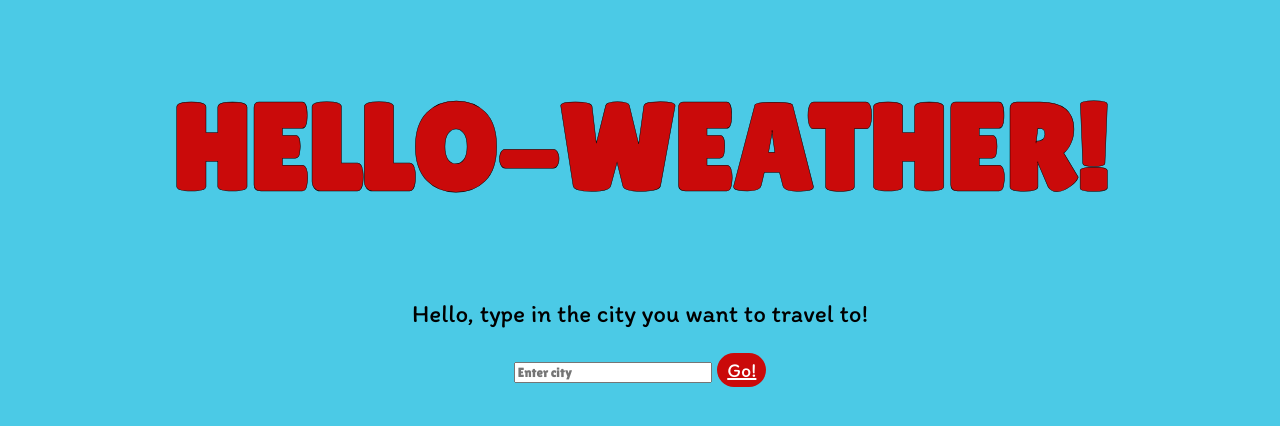
Repository: Jazinha/Hello-kitty-weather
Page: index.html
These files come from the project's save history. The page is drawn as it stood at one moment and after the next save; the edit follows.
The browser window is 1280 px wide. The pictures show the whole page.
The pointer rests on the first visible `.btn`.

Above is the page before, as saved 2023-02-04 16:18:48.

### index.html
<!DOCTYPE html>
<html>
    <head>
        <title>Hello-Weather!</title>
        <meta charset="utf-8">
        <link rel="stylesheet" href="style.css">
        <link rel="preconnect" href="https://fonts.googleapis.com">
<link rel="preconnect" href="https://fonts.gstatic.com" crossorigin>
<link href="https://fonts.googleapis.com/css2?family=Itim&family=Lilita+One&display=swap" rel="stylesheet">
    </head>
    <body>
        <div class="container">
            <div id="home" class="flex-column flex-center"></div>
            <h1>HELLO-WEATHER!</h1>
            <p>Hello, type in the city you want to travel to!</p>
            <input id="initial" type="text" placeholder="Enter city">
            <a href="forecast.html" class="btn">Go! </a></div>
        </div>
        <i class="fa-regular fa-cloud"></i>
    </body>
</html>

### style.css
body {
    background-color: rgb(75, 202, 230);
    font-size: 25px;
    font-family: 'Itim', cursive;;
}

.container {
    text-align: center;
    justify-content: center;
}

h1 {
    font-size: 120px;
    font-family: 'Lilita One', cursive;
    color: rgb(202, 10, 10);
    -webkit-text-stroke: .5px black;
}

#initial {
    font-family: 'Lilita One', cursive;
    width: 190px;
}

.btn {
    border: 0;
    padding: 5px 10px;
    font-size: 20px;
    background-color:rgb(202, 10, 10);
    width: 80px;
    border-radius: 20px;
    color: #ffffff;
    text-align: center;
}

After the next save:
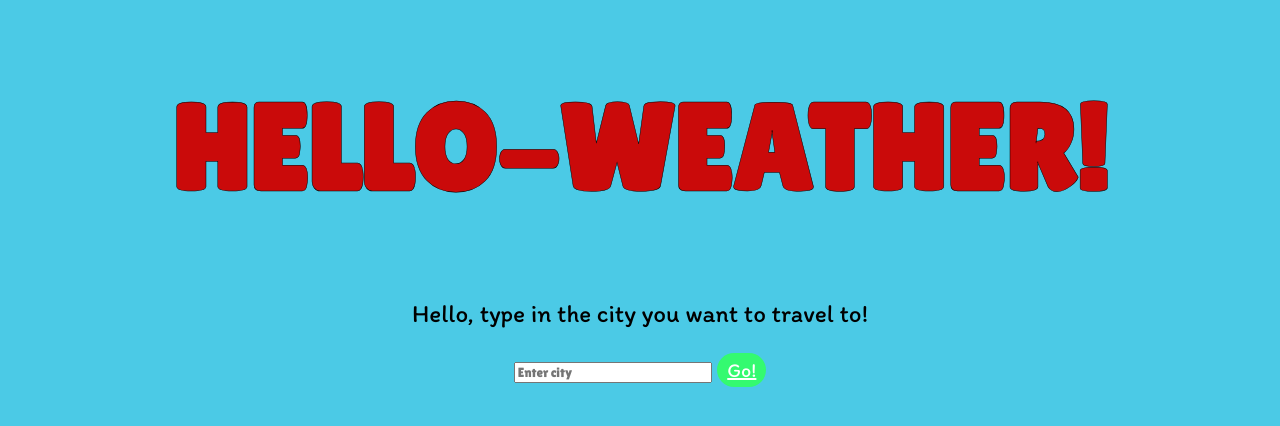
Saved 7 min 32 s later.
--- a/style.css
+++ b/style.css
@@ -19,6 +19,7 @@ h1 {
 #initial {
     font-family: 'Lilita One', cursive;
     width: 190px;
+
 }
 
 .btn {
@@ -31,3 +32,11 @@ h1 {
     color: #ffffff;
     text-align: center;
 }
+
+
+.btn:hover {
+    background-color: #31ff64e5;
+  }
+
+  .btn:active {
+    box-shadow: inset -2px -2px 3px rgba(255, 255, 255, 0.6);
